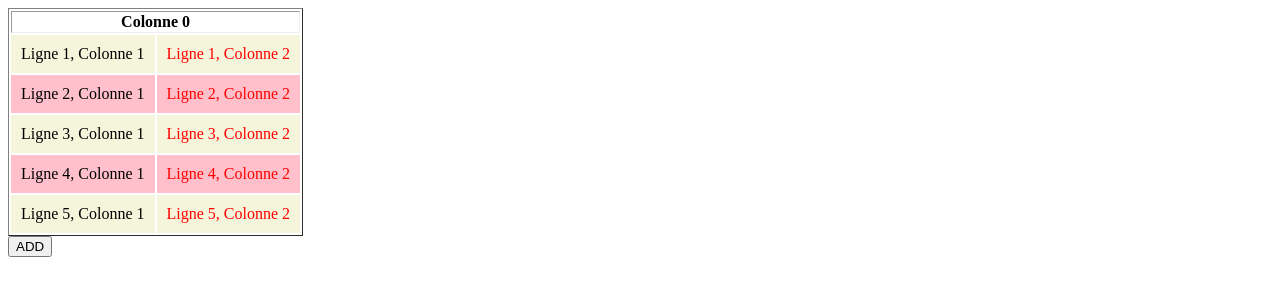
Repository: Chaimaa482/web-tp4
Page: ex1.html
An editor plug-in stored every save of this project. The page is shown before and after the next save, followed by the edit.
The browser window is 1280 px wide. The pictures show the whole page.

Above is the page before, as saved 2023-10-29 14:56:56.

### ex1.html
<!DOCTYPE html>
<html>
<style>
</style>
<body>
    <table border="1">
        <tr>
            <th>Colonne 0</th>
            <th>Colonne 0</th>
        </tr>
        <tr>
            <td>Ligne 1, Colonne 1</td>
            <td>Ligne 1, Colonne 2</td>
        </tr>
        <tr>
            <td>Ligne 2, Colonne 1</td>
            <td>Ligne 2, Colonne 2</td>
        </tr>
        <tr>
            <td>Ligne 3, Colonne 1</td>
            <td>Ligne 3, Colonne 2</td>
        </tr>
        <tr>
            <td>Ligne 4, Colonne 1</td>
            <td>Ligne 4, Colonne 2</td>
        </tr>
        <tr>
            <td>Ligne 5, Colonne 1</td>
            <td>Ligne 5, Colonne 2</td>
        </tr>

    </table>
    <button>ADD</button>

    <script>
        var table = document.getElementsByTagName('table');
        var cells = document.getElementsByTagName("td");
        // Donner une couleur de fond rose aux lignes paires et beige aux lignes impaires
        var rows = document.querySelectorAll("tr");
        for (var i = 1; i < rows.length; i++) {
            if (i % 2 === 0) {
                rows[i].style.backgroundColor = "pink";
            } else {
                rows[i].style.backgroundColor = "beige";
            }
        }

        // Donner une classe col1 aux colonnes paires et col2 aux colonnes impaires
        for (var i = 0; i < cells.length; i++) {
            if (i % 2 === 0) {
                cells[i].style.color= 'black';
            } else {
                cells[i].style.color= 'red';
            }
        }
        //fusionner la premiere line
        var row = document.querySelector('table tr:first-child');
        row.cells[0].colSpan=2;
        row.removeChild(row.cells[1]);


        //delete bordure
        rows[0].style.border = "none";
        for (var i = 0; i < cells.length; i++) {
            cells[i].style.border = "none";
            cells[i].style.padding='10px'
        }

        //making the table cells editable on click
        for (var i = 0; i < cells.length; i++) {
        cells[i].addEventListener("click", function() {
        var cellText = this.innerText;
        this.innerHTML = "<input type='text' value='" + cellText + "'>";
        var input = this.querySelector("input");
        input.focus();
        input.addEventListener("blur", function() {
            cellText = this.value;
            this.parentNode.innerText = cellText;
        });
         }); }

         //
         var addButton = document.querySelector('button');
         addButton.addEventListener('click', function() {
         var newRow = document.createElement('tr');
         var cellText = this.innerText;
         newRow.innerHTML = "<td><input type='text' value='" + cellText + "'></td><td><input type='text' value='" + cellText + "'></td>";
         input.focus();
         input.addEventListener("blur", function() {
            cellText = this.value;
            this.parentNode.innerText = cellText;
        });

         //document.querySelector('table').appendChild(newRow);

        //  // Attach event listener for delete button in the new row
        //  var deleteButton = newRow.querySelector('.delete-btn');
        //  deleteButton.addEventListener('click', function() {
        //  this.parentNode.parentNode.remove();
        // });
});




    </script>
</body>
</html>

After the next save:
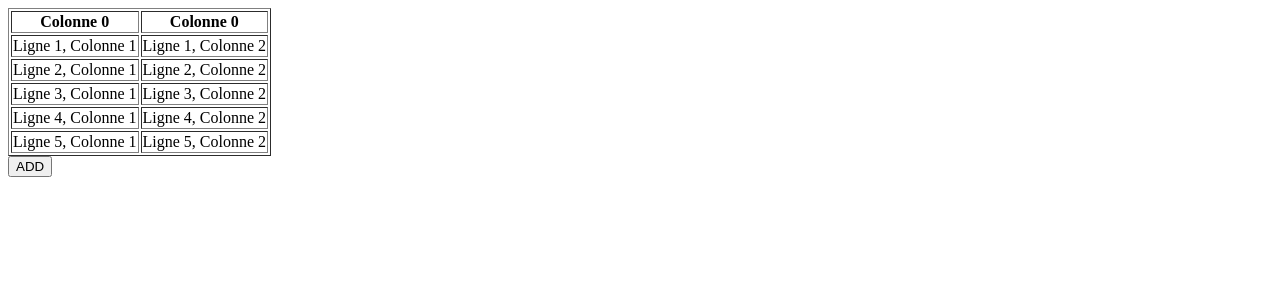
Console error: SyntaxError: Unexpected token '}'
Saved 107 s later.
--- a/ex1.html
+++ b/ex1.html
@@ -81,15 +81,27 @@
 
          //
          var addButton = document.querySelector('button');
-         addButton.addEventListener('click', function() {
-         var newRow = document.createElement('tr');
-         var cellText = this.innerText;
-         newRow.innerHTML = "<td><input type='text' value='" + cellText + "'></td><td><input type='text' value='" + cellText + "'></td>";
-         input.focus();
-         input.addEventListener("blur", function() {
-            cellText = this.value;
-            this.parentNode.innerText = cellText;
+addButton.addEventListener('click', function() {
+    var newRow = document.createElement('tr');
+    newRow.innerHTML = "<td><input type='text' value=''></td><td><input type='text' value=''></td><td><button class='delete-btn'>Delete</button></td>";
+    document.querySelector('table').appendChild(newRow);
+
+    // Attach event listener for delete button in the new row
+    var deleteButton = newRow.querySelector('.delete-btn');
+    deleteButton.addEventListener('click', function() {
+        this.parentNode.parentNode.remove();
+    });
+
+    // Make new cells editable
+    var cells = newRow.querySelectorAll('td input');
+    cells.forEach(function(cell) {
+        cell.addEventListener('blur', function() {
+            var cellText = this.value;
+            this.parentNode.innerHTML = cellText;
         });
+    });
+});
+
 
          //document.querySelector('table').appendChild(newRow);
 

After the 2 saves that followed:
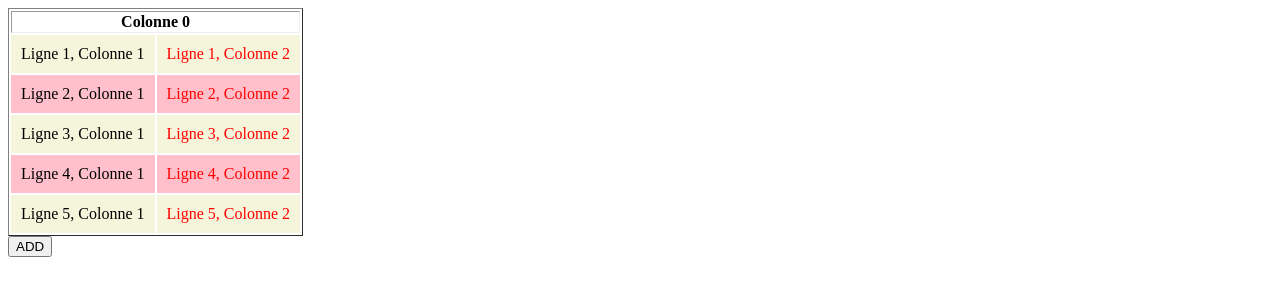
The error is gone.
The 2 saves are shown as one change because 1 left the picture as it was.
The last was saved 8 s later.
--- a/ex1.html
+++ b/ex1.html
@@ -81,27 +81,15 @@
 
          //
          var addButton = document.querySelector('button');
-addButton.addEventListener('click', function() {
-    var newRow = document.createElement('tr');
-    newRow.innerHTML = "<td><input type='text' value=''></td><td><input type='text' value=''></td><td><button class='delete-btn'>Delete</button></td>";
-    document.querySelector('table').appendChild(newRow);
-
-    // Attach event listener for delete button in the new row
-    var deleteButton = newRow.querySelector('.delete-btn');
-    deleteButton.addEventListener('click', function() {
-        this.parentNode.parentNode.remove();
-    });
-
-    // Make new cells editable
-    var cells = newRow.querySelectorAll('td input');
-    cells.forEach(function(cell) {
-        cell.addEventListener('blur', function() {
-            var cellText = this.value;
-            this.parentNode.innerHTML = cellText;
+         addButton.addEventListener('click', function() {
+         var newRow = document.createElement('tr');
+         var cellText = this.innerText;
+         newRow.innerHTML = "<td><input type='text' value='" + cellText + "'></td><td><input type='text' value='" + cellText + "'></td>";
+         input.focus();
+         input.addEventListener("blur", function() {
+            cellText = this.value;
+            this.parentNode.innerText = cellText;
         });
-    });
-});
-
 
          //document.querySelector('table').appendChild(newRow);
 
